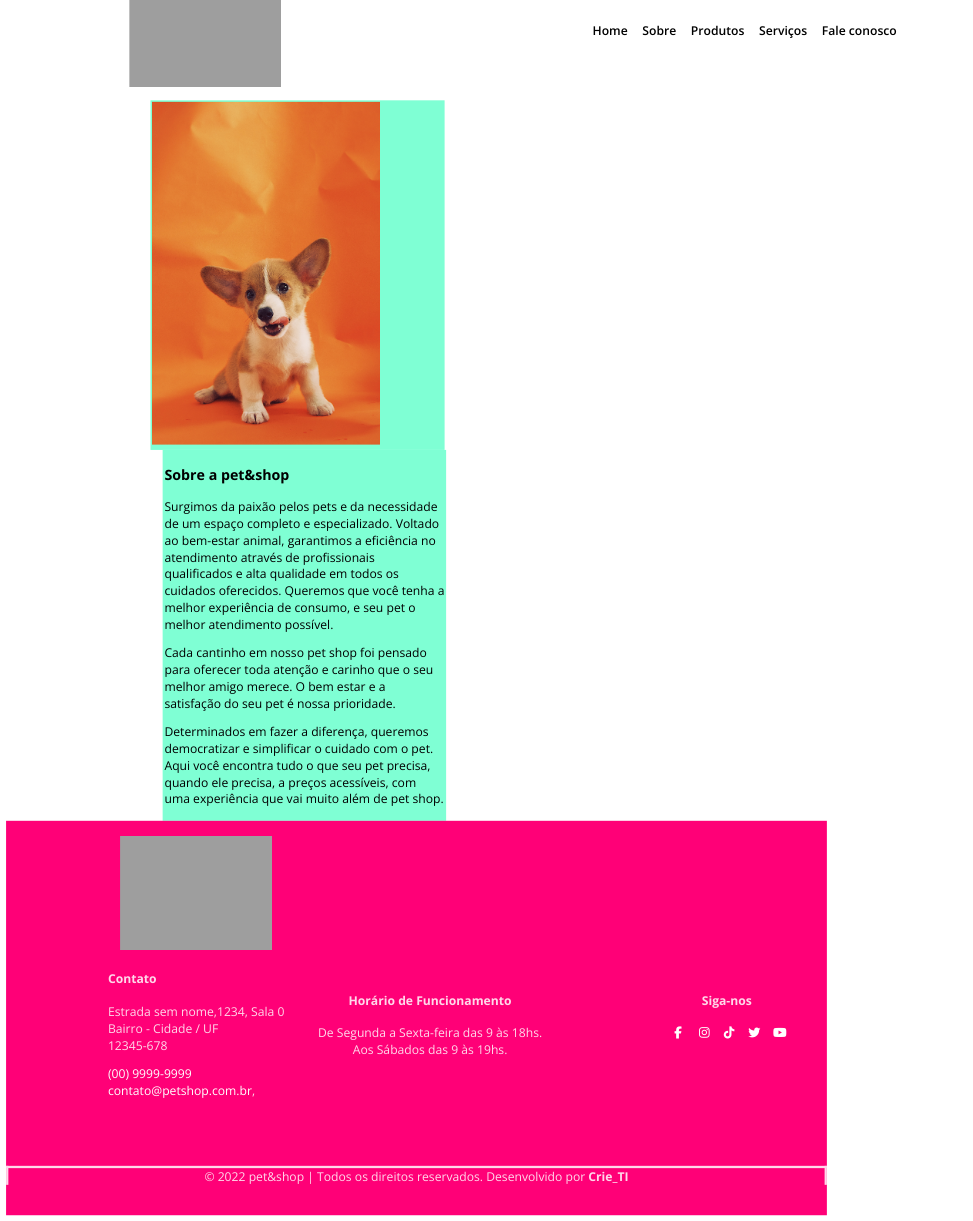
Repository: Iluiscarlos/Projeto-Site-PetShop
Page: About.html
The author's editor kept a copy of each file at every save. The page is drawn from the files as they stood at one save, then again after the next save.
The browser window is 1280 px wide. The pictures show the whole page, at 76% of full size.
Pictures or frames that could not be fetched are drawn as grey boxes. Some web libraries are served in a nearby version.

Above is the page before, as saved 2022-04-24 19:27:47.

### About.html
<!DOCTYPE html>
<html lang="pt-BR">
<head>
  <meta charset="UTF-8">
  <meta name="viewport" content="width=device-width, initial-scale=1.0">
  <meta http-equiv="X-UA-Compatible" content="ie=edge">
  <title>pet&shop</title>
  <script src="https://kit.fontawesome.com/2c48374459.js" crossorigin="anonymous"></script>
  <link rel="preconnect" href="https://fonts.googleapis.com">
  <link rel="preconnect" href="https://fonts.gstatic.com" crossorigin>
  <link href="https://fonts.googleapis.com/css2?family=Open+Sans:wght@400;500;600;700&display=swap" rel="stylesheet">

<style>

    .banner {
    width: 100%;
    height: 600px;
    margin-top: 40px;
    object-fit: cover;
    }

    header {
      display: flex;
      align-items: center;
      justify-content: space-between;
      padding: 0 20px;
      position: fixed;
      top: 0;
      left: 0;
      right: 0;
      background-color: #ffffff;
      height: 80px;
    }

    .brand-name {
      color: #ff0077;
      margin-right: 20px;
      font-family: 'Open Sans', sans-serif;
    }

    .brand-name a {
      color: inherit;
      text-decoration: none;
      width: 16px;
    }
    .font {
      font-family: 'Open Sans', sans-serif;
      font-weight: 100;
      font-size: medium;
    }
    .font-description {
      font-family: 'Open Sans', sans-serif;
      font-weight: 100;
      color: gray;
      text-decoration: none;
    }
    .row {
      margin: -20px;
    }

    .column {
      width: 35%;
      display: inline-block;
      float: left;
      padding: 2px;
      margin-left: 10%;
      margin-right: 10%;
      box-sizing: border-box;
      background-color: aquamarine;
    }

    .container {
      width: 1000px;
      max-width: 100%;
      margin-left: auto;
      margin-right: auto;
    }

    .logo{
      width: 200px;
      height: 150px;
      padding-left: 150px;
    }

    .logo-about {
      width: 200px;
      height: 150px;
    }

    .navi {
      color: black;
      padding-right: 80px;
      justify-content: space-between;
      display: inline-block;
    }
    .navi a {
      color: black;
      font-family: 'Open Sans', sans-serif;
      font-weight: 600;
      padding-inline-start: 15px;
      text-decoration: none;
      height: 80px;
    }

    a:active {
      background-color: #ff0077;
      align-self: stretch;
    }

    a:focus {
      background-color: #ff0077;
    }
    a::selection{
      background-color: #ff0077;
      color: #ffffff;
    }

    a::before {
      color: #ff0077;
    }

    #contacts{
      font-family: 'Open Sans', sans-serif;
      font-weight: 100;
      font-size: 16px;
      color: #ffd8ea;
      text-decoration: none;
      margin-left: 5%;
      padding-left: 80px;
    }

    .section-contacts{
      background-color: #ff0077;
      color:#ffd8ea;
      padding-top: 20px;
      padding-bottom: 40px;
      display: inline-block;
      margin-left: auto;
      margin-right: auto;
      text-align:left;
    }

    .column-contacts{
      width: 35%;
      display: inline-block;
      padding: 20px;
      box-sizing: border-box;
      text-decoration: none
    }

    .open-time{
      font-family: 'Open Sans', sans-serif;
      text-align: center;
      display: inline-block;
      font-weight: lighter;
      font-size: 16px;
      color:#ffd8ea;
      float: left;
      margin-left: 38%;
      margin-top: -15%;
    }

    .redes{
      font-family: 'Open Sans', sans-serif;
      font-size: 16px;
      text-align: center;
      display: inline-block;
      color:#ffd8ea;
      float: left;
      margin-left: 80%;
      margin-top: -15%;
    }

    .redes i {
      color:#ffffff;
      font-size: 1rem;
      padding-bottom: 15px;
    }

    .row-rede {
      margin: -10px;
    }

    .column-rede {
      width: 15%;
      display: inline-block;

      padding: 10px;
      box-sizing: border-box;
    }

    .footer{
      text-align: center;
      border-style: solid;
      border-bottom: #ffffff;
    }

    .about{
        color: black;
        margin: 100px;
        text-rendering: auto;
        vertical-align: top;
    }

    .about-img{
        width: 300px;

    }
</style>
</head>
<body>
  <section class="font">
    <header>
        <img class="logo" id="home" src="logo-colored.svg"><a href="#banner"></a>
    <nav class="navi">
        <a href="#home">Home</a>
        <a href="#about">Sobre</a>
        <a href="#products">Produtos</a>
        <a href="#service">Serviços</a>
        <a href="#contact">Fale conosco</a>
    </nav>
    </header>
    <br/>
    <br/>
    <main>
    <section id="about" class="about">

        <div class="row">
        <div class="column">
        <img class="about-img" src="about.jpg">
        </div>
        </div>
        <div class="column">
            <h1><b>Sobre a pet&shop</b></h1>
            <p>Surgimos da paixão pelos pets e da necessidade de um espaço completo e especializado. Voltado ao bem-estar animal, garantimos a eficiência no atendimento através de profissionais qualificados e alta qualidade em todos os cuidados oferecidos. Queremos que você tenha a melhor experiência de consumo, e seu pet o melhor atendimento possível.</br>
            <p>Cada cantinho em nosso pet shop foi pensado para oferecer toda atenção e carinho que o seu melhor amigo merece. O bem estar e a satisfação do seu pet é nossa prioridade.</br>
            <p>Determinados em fazer a diferença, queremos democratizar e simplificar o cuidado com o pet. Aqui você encontra tudo o que seu pet precisa, quando ele precisa, a preços acessíveis, com uma experiência que vai muito além de pet shop.</p>
    </div>
        </div>
    </section>
    </main>
<br/>
<br/>
<section class="section-contacts">
    <img src="logo-white.svg" class="logo-about" style="padding-left: 150px;">
  <section id="contacts" class="container">
    <div>
    <address>
      <h4 style="font-style:normal;"><b>Contato</b></h4>
      <p style="font-style: normal;";>Estrada sem nome,1234, Sala 0 <br/>
        Bairro - Cidade / UF <br/>
        12345-678</p>
    </address>
    <a href="tel:+550099999999" style="color:#ffffff; text-decoration: none;">(00) 9999-9999</a></br>
    <a href="mailto:contato@petshop.com.br" style="color:#ffffff; text-decoration: none;">contato@petshop.com.br</a>,
    </div>
  </section>
    <div class="open-time">

      <h4 style="text-align: var(contato);">Horário de Funcionamento</h4>
      <p>De Segunda a Sexta-feira das 9 às 18hs.</br>
      Aos Sábados das 9 às 19hs.</p>
    </div>
    <section class="redes">
      <h4 style="text-align: ends;">Siga-nos</h4>
      <div class="row-rede">
        <div class="column-rede">
        <i class="fa-brands fa-facebook-f"></i>
      </div>
      <div class="column-rede">
        <i class="fa-brands fa-instagram"></i>
      </div>
      <div class="column-rede">
        <i class="fa-brands fa-tiktok"></i>
      </div>
      <div class="column-rede">
        <i class="fa-brands fa-twitter"></i>
      </div>
      <div class="column-rede">
        <i class="fa-brands fa-youtube"></i>
      </div>
      </div>
    </section>
    <br/>
    <br/>
    <br/>
    <br/>
    <footer class="footer">
      <span>© 2022 pet&shop | Todos os direitos reservados. Desenvolvido por <b>Crie_TI</b></span>
    </footer>
</section>
</body>
</html>

After the next save:
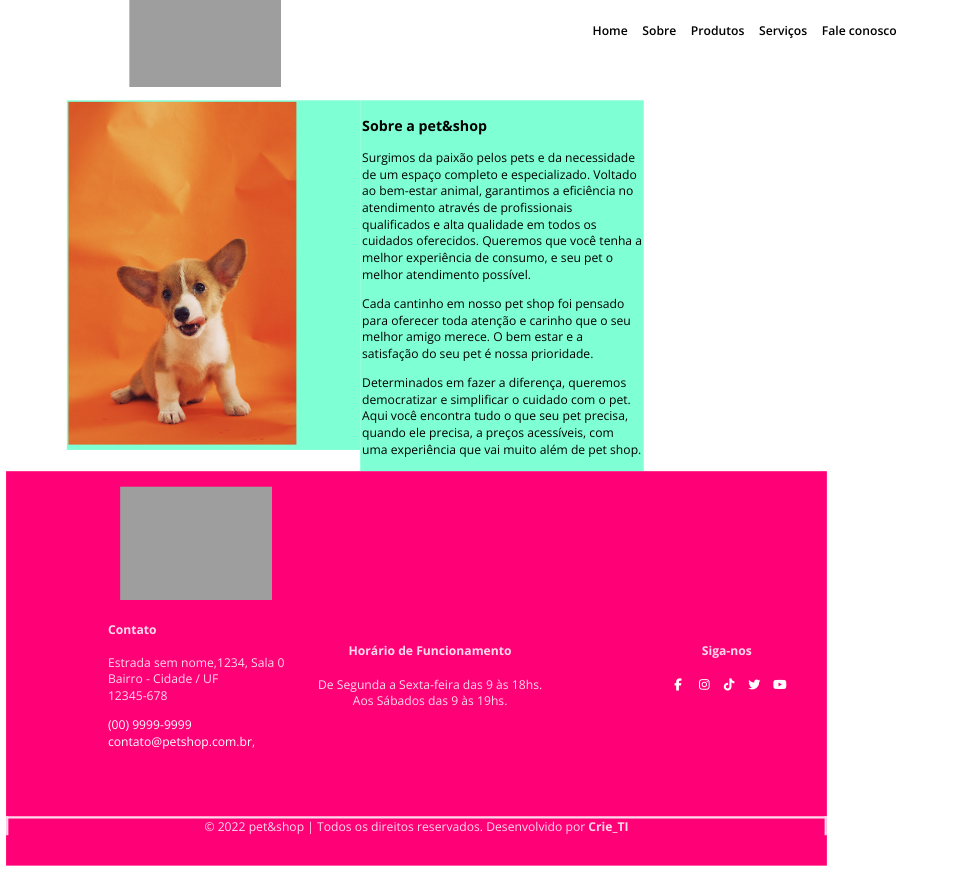
Saved 12 s later.
--- a/About.html
+++ b/About.html
@@ -63,8 +63,8 @@
       display: inline-block;
       float: left;
       padding: 2px;
-      margin-left: 10%;
-      margin-right: 10%;
+      margin-left: auto;
+      margin-right: auto;
       box-sizing: border-box;
       background-color: aquamarine;
     }
